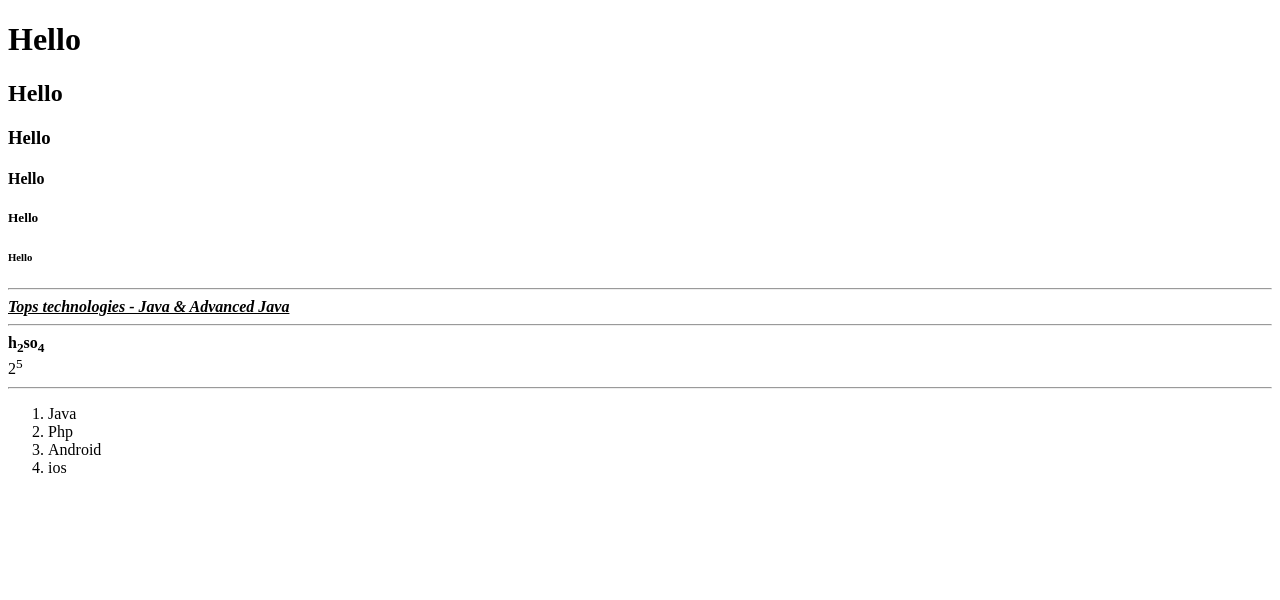
Repository: Chintan-elite/Java_Shail
Page: Learning_web/src/main/webapp/index.html
The author's editor kept a copy of each file at every save. The page is drawn from the files as they stood at one save, then again after the next save.
The browser window is 1280 px wide. The pictures show the whole page.

Above is the page before, as saved 2023-09-08 12:04:26.

### Learning_web/src/main/webapp/index.html
<!DOCTYPE html>
<html>
<head>
<meta charset="ISO-8859-1">
<title>Home</title>
</head>
<body>

	<h1>Hello</h1>
	<h2>Hello</h2>
	<h3>Hello</h3>
	<h4>Hello</h4>
	<h5>Hello</h5>
	<h6>Hello</h6>

	<hr>

	<strong><i><u>Tops technologies - Java & Advanced Java</u> </i></strong>

	<hr>

	<b> h<sub>2</sub>so<sub>4</sub></b> <br>
	2<sup>5</sup>

	<hr>

	<ol>
	<li>Java</li>
	<li>Php</li>
	<li>Android</li>
	<li>ios</li>
	</ol>








</body>
</html>

After the next save:
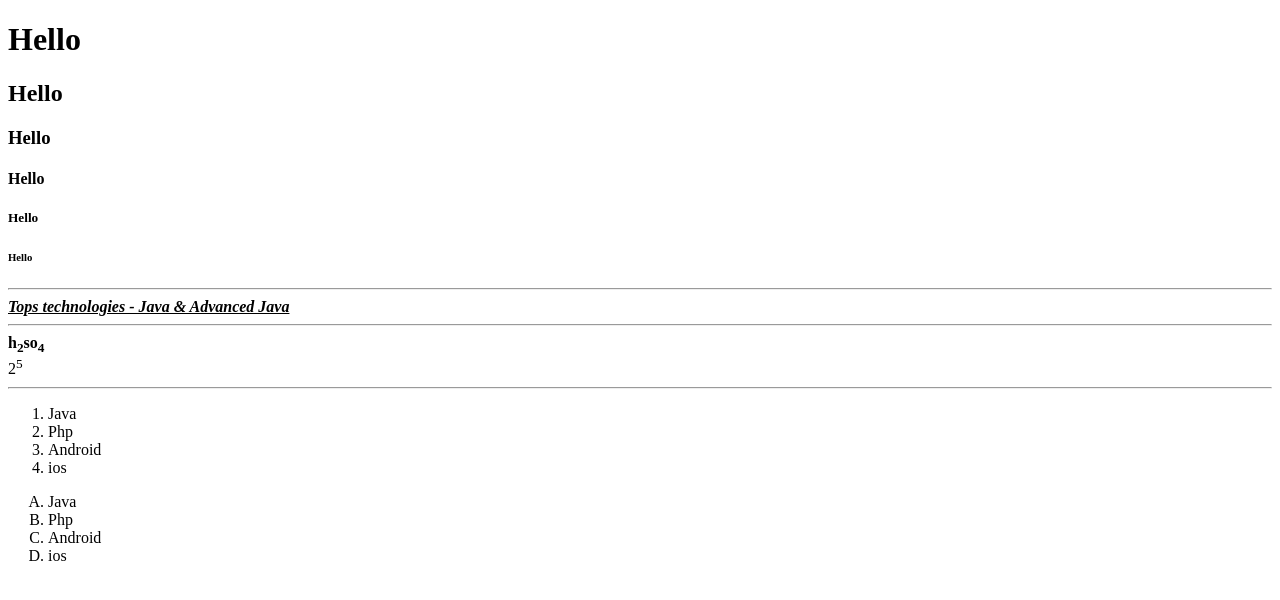
Saved 29 s later.
--- a/Learning_web/src/main/webapp/index.html
+++ b/Learning_web/src/main/webapp/index.html
@@ -31,6 +31,12 @@
 	<li>ios</li>
 	</ol>
 
+	<ol type="A">
+	<li>Java</li>
+	<li>Php</li>
+	<li>Android</li>
+	<li>ios</li>
+	</ol>
 
 
 
